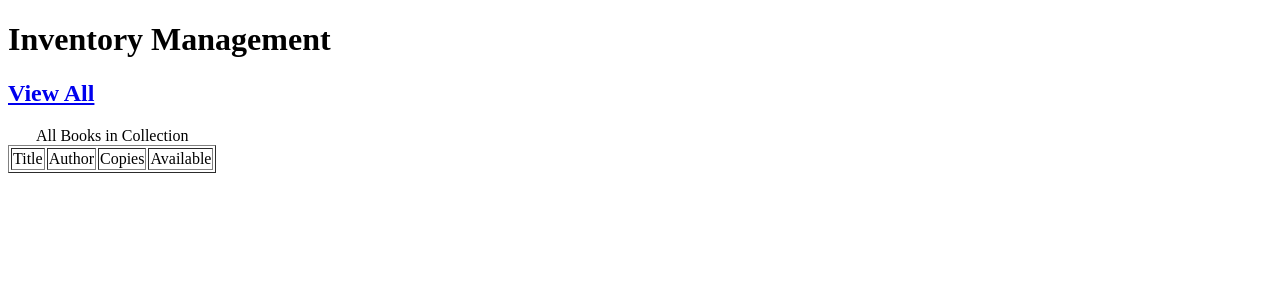
Repository: demitech1024/ait-library
Page: http://localhost/ait-library/
The author's editor kept a copy of each file at every save. The page is drawn from the files as they stood at one save, then again after the next save.
The browser window is 1280 px wide. The pictures show the whole page.
The page is served by Tomcat 9. Queries for data that is not in the repository find no rows.

Above is the page before, as saved 2020-05-26 01:58:50.

After the next save:
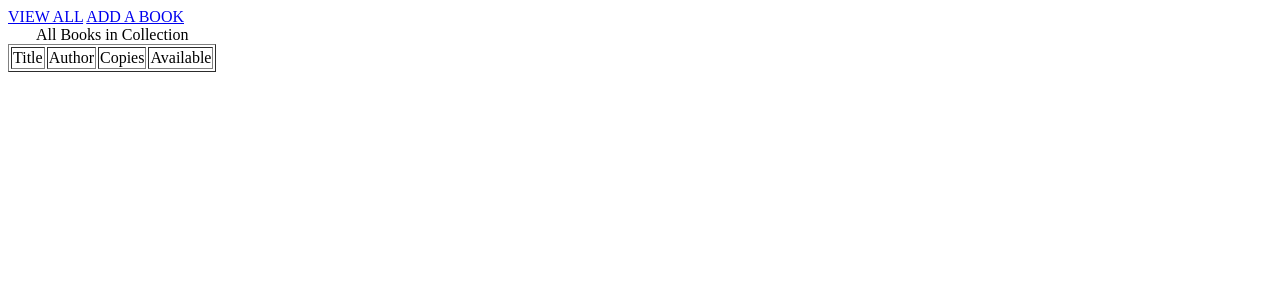
Saved 47 s later.
--- a/ait-library/WebContent/inventory.jsp
+++ b/ait-library/WebContent/inventory.jsp
@@ -9,9 +9,9 @@
     </head>
     <body>
         <div>
-            <h1>Inventory Management</h1>
-            <h2><a href="/books">View All</a></h2>
-        </div>
+            <a href="${pageContext.request.contextPath}/">VIEW ALL</a>
+			<a href="${pageContext.request.contextPath}/add">ADD A BOOK</a>
+		</div>
         <div>
             <table border="1">
                 <caption>All Books in Collection</caption>
